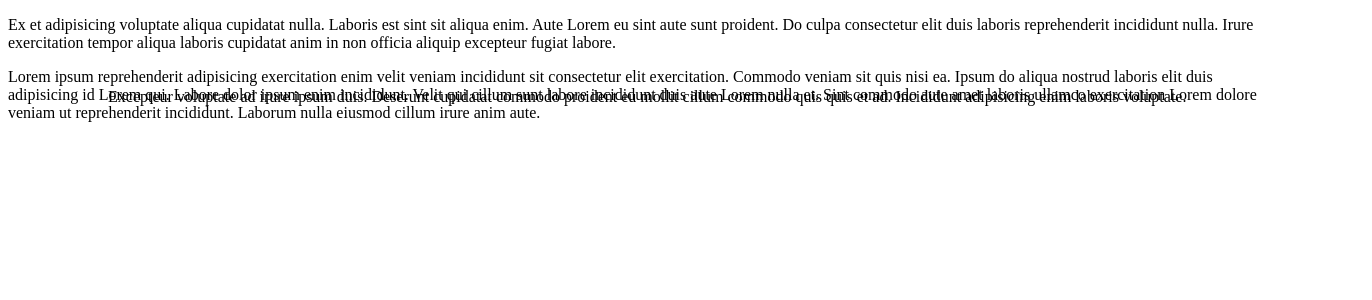
Repository: topyoungil/CodeMemories-ByJake
Page: HTML_CSS/WebContent/test/1003_css/position-1.html
An editor plug-in stored every save of this project. The page is shown before and after the next save, followed by the edit.
The browser window is 1280 px wide. The page is 1372 px wide, so the pictures cover 1372 px, including what lies to the right of the window. The pictures show the whole page.

Above is the page before, as saved 2022-10-03 06:45:10.

### HTML_CSS/WebContent/test/1003_css/position-1.html
<!DOCTYPE html>
<html>
<head>
<meta charset="UTF-8">
<title>Insert title here</title>
<style>
	#static {
		position: static;
	}

	#relative-1 {
		position: relative;
	}

	#relative-2 {
		position: relative;
		left: 100px;
		top: -50px;
	}

	#fixed {
		width: 100px;
		height: 100px;
		backgound-color: #222;
		position: fixed;
		right: 30px;
		top: 30px;
	}

</style>
</head>
<body>
	<p id="static">Ex et adipisicing voluptate aliqua cupidatat nulla. Laboris est sint sit aliqua enim. Aute Lorem eu sint aute sunt proident. Do culpa consectetur elit duis laboris reprehenderit incididunt nulla. Irure exercitation tempor aliqua laboris cupidatat anim in non officia aliquip excepteur fugiat labore.</p>
    <p id="relative-1">Lorem ipsum reprehenderit adipisicing exercitation enim velit veniam incididunt sit consectetur elit exercitation. Commodo veniam sit quis nisi ea. Ipsum do aliqua nostrud laboris elit duis adipisicing id Lorem qui. Labore dolor ipsum enim incididunt. Velit qui cillum sunt labore incididunt duis aute Lorem nulla et. Sint commodo aute amet laboris ullamco exercitation Lorem dolore veniam ut reprehenderit incididunt. Laborum nulla eiusmod cillum irure anim aute.</p>
    <p id="relative-2">Excepteur voluptate ad irure ipsum duis. Deserunt cupidatat commodo proident eu mollit cillum commodo quis quis et ad. Incididunt adipisicing enim laboris voluptate.</p>
	<p id="fixed"></p>
</body>
</html>

After the next save:
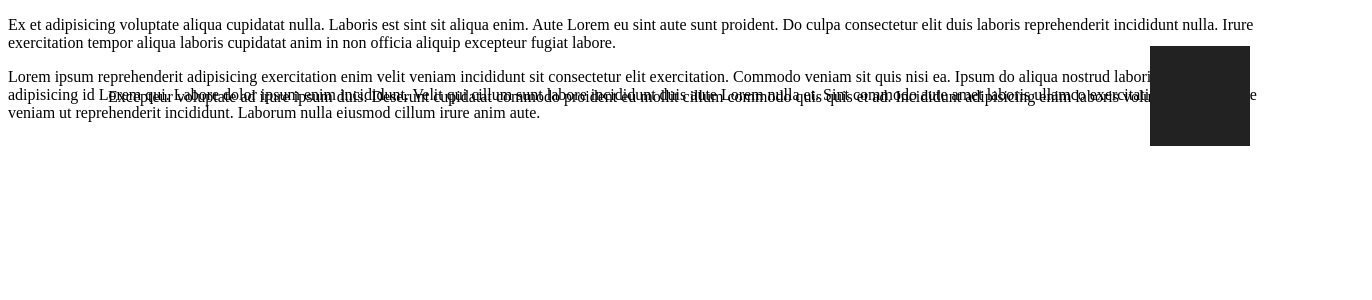
Saved 11 s later.
--- a/HTML_CSS/WebContent/test/1003_css/position-1.html
+++ b/HTML_CSS/WebContent/test/1003_css/position-1.html
@@ -21,7 +21,7 @@
 	#fixed {
 		width: 100px;
 		height: 100px;
-		backgound-color: #222;
+		background-color: #222;
 		position: fixed;
 		right: 30px;
 		top: 30px;
